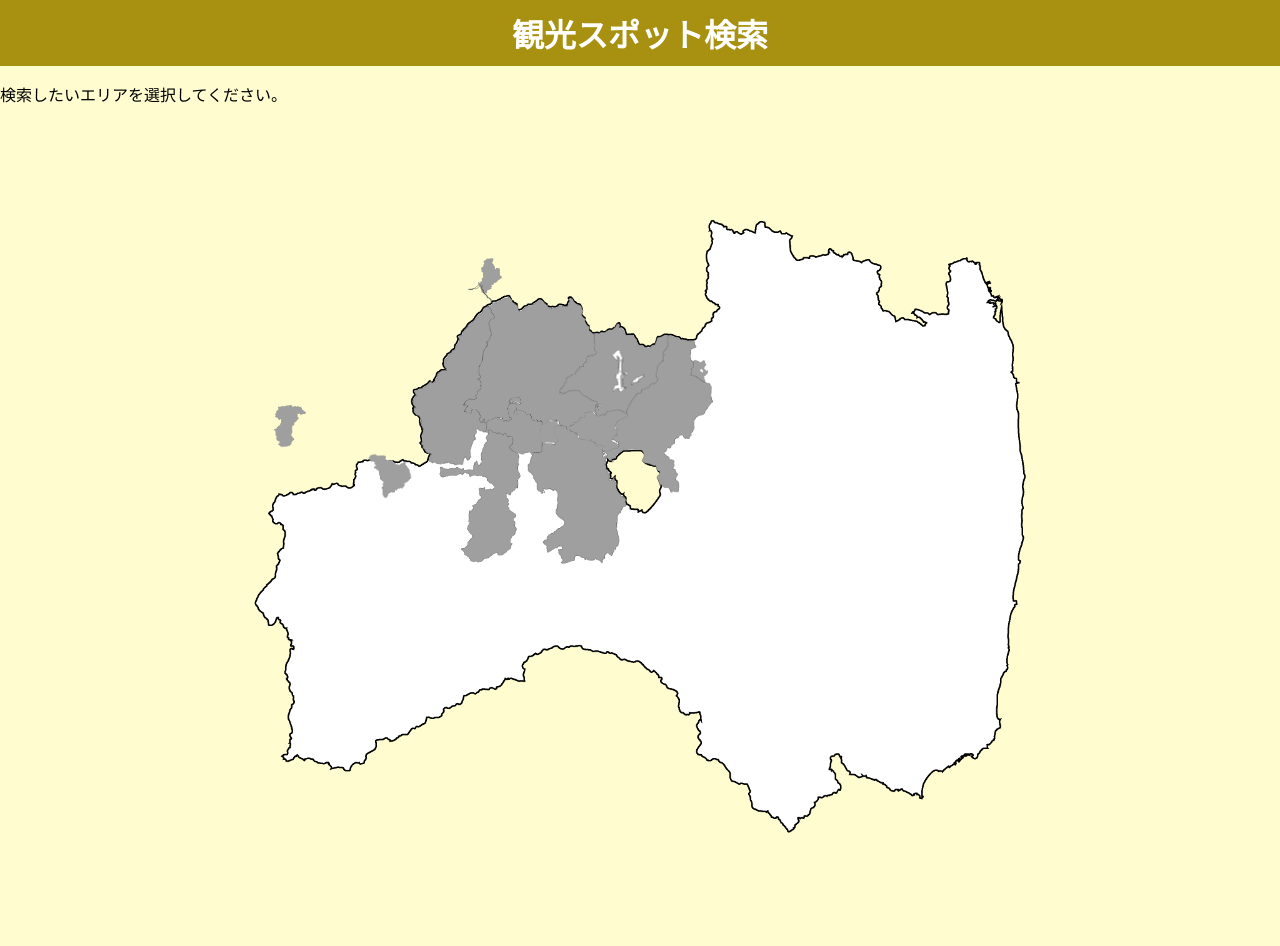
Repository: ryoutana/tanaryou.github.io
Page: Downloads/project/index.html
The author's editor kept a copy of each file at every save. The page is drawn from the files as they stood at one save, then again after a run of saves.
The browser window is 1280 px wide. The pictures show the whole page.

Above is the page before, as saved 2025-04-29 13:51:10.

After the next 8 saves:
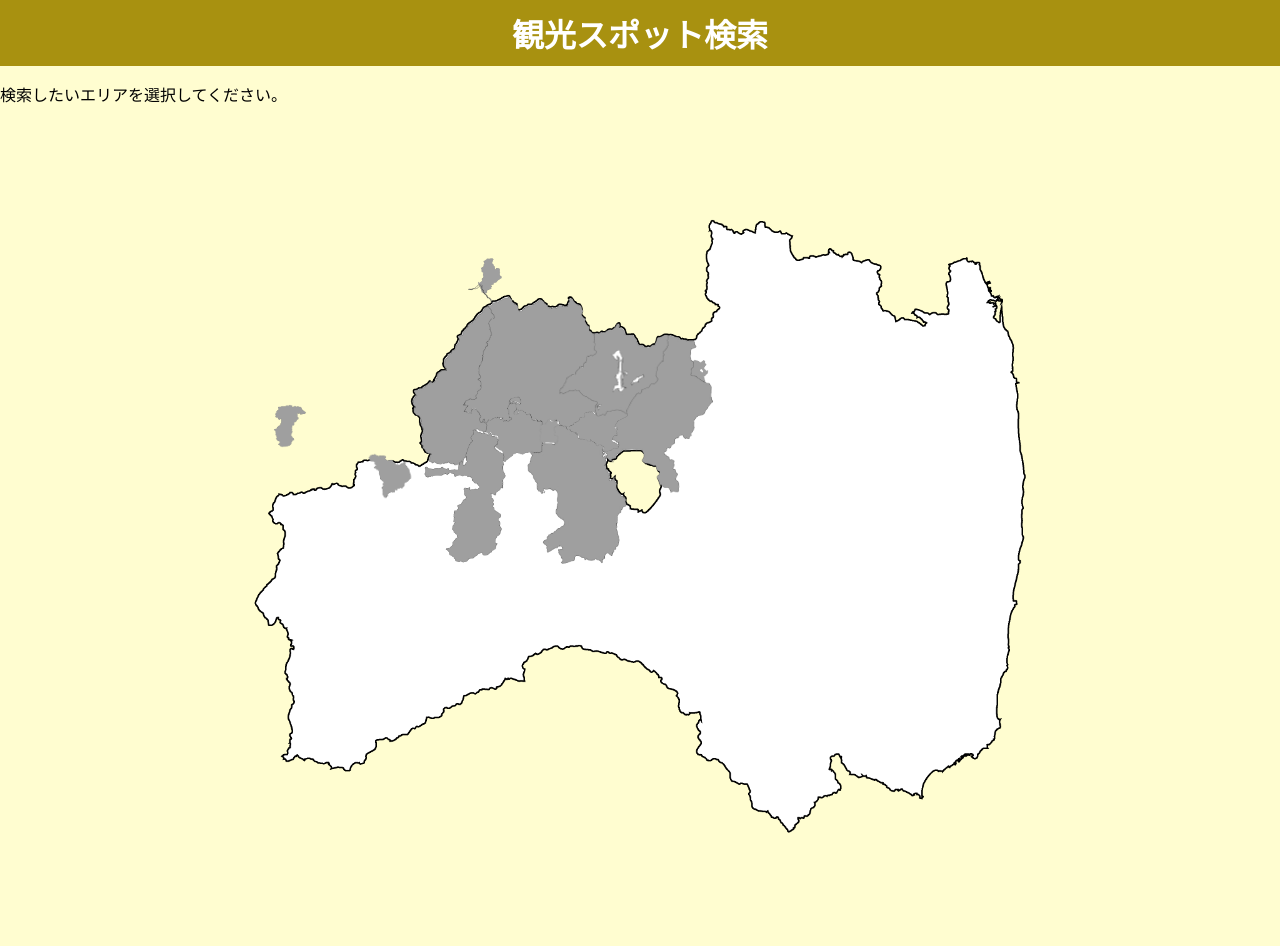
The 8 saves are shown as one change because they came seconds apart.
The last was saved 18 s later.
--- a/Downloads/project/script.js
+++ b/Downloads/project/script.js
@@ -14,7 +14,7 @@ const spots = [
     { name: '湯川村', img: '湯川村(白地図).png', x: 309, y: 306, width: 30 },
     { name: '磐梯町', img: '磐梯町(白地図).png', x: 357, y: 304, width: 69 },
     { name: '北塩原村', img: '北塩原村(白地図).png', x: 374, y: 244, width: 123 },
-    { name: '柳津町', img: '柳津町(白地図).png', x: 240, y: 370, width: 150 }
+    { name: '柳津町', img: '柳津町(白地図).png', x: 225, y: 370, width: 150 }
 ];
 
 // スポットを動的に生成
